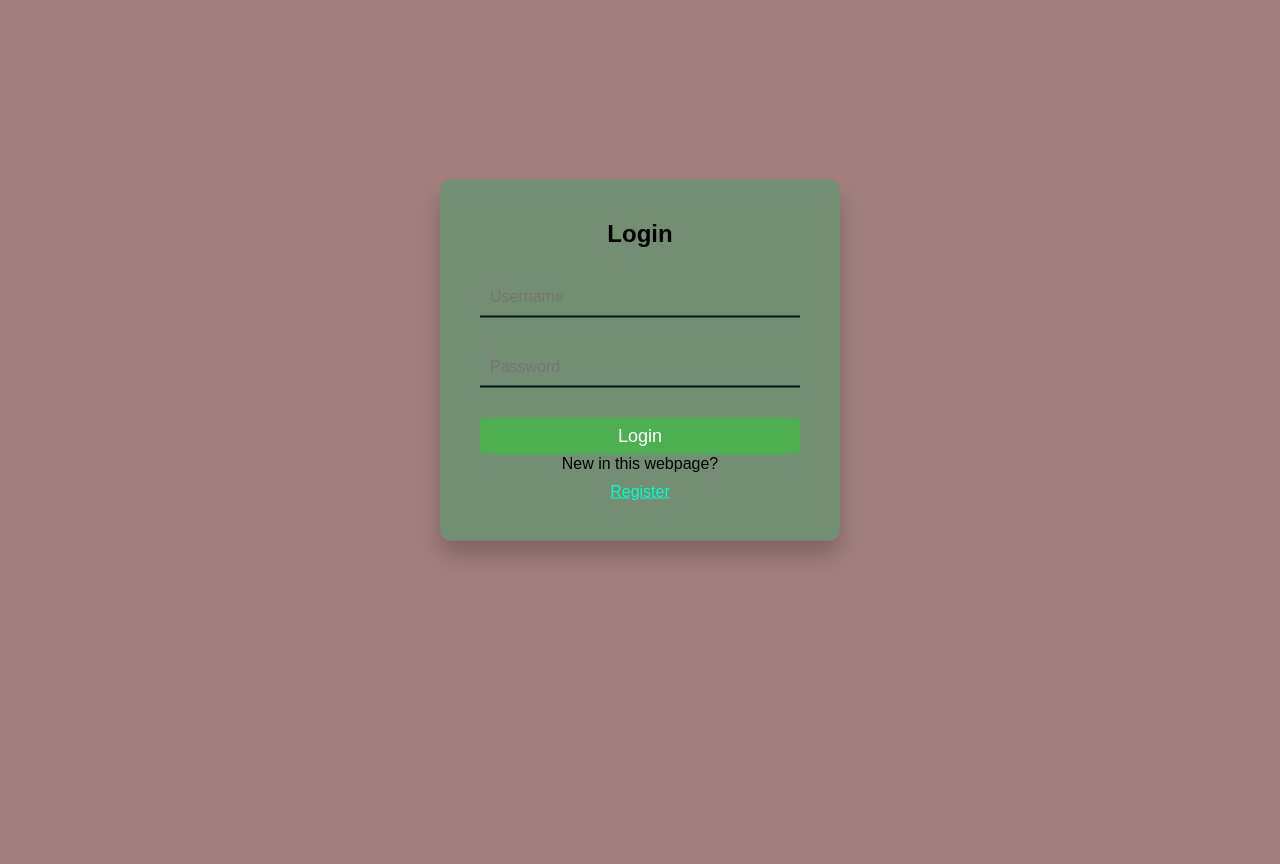
Repository: SRBshakib/Safe-Food---DBMS-project
Page: Organaization/login.html
An editor plug-in stored every save of this project. The page is shown before and after the next save, followed by the edit.
The browser window is 1280 px wide. The pictures show the whole page.

Above is the page before, as saved 2024-11-10 22:08:00.

### Organaization/login.html
<!DOCTYPE html>
<html lang="en">
<head>
    <meta charset="UTF-8">
    <meta name="viewport" content="width=device-width, initial-scale=1.0">
    <title>Welcome to our organization</title>
    <link rel="stylesheet" href="style_login.css"> <!-- Link to the CSS file -->
</head>
<body>
    <div class="login-box">
        <h2>Login</h2>
        <form>
            <div class="textbox">
                <input type="text" placeholder="Username" required>
            </div>
            <div class="textbox">
                <input type="password" placeholder="Password" required>
            </div>
            <button type="submit" class="btn">Login</button>
            <p>New in this webpage?</p>
            <p class="register">Register</p>
        </form>
    </div>
</body>
</html>

### Organaization/style_login.css

*{

    margin: 0;
    padding: 0;
    box-sizing: border-box;
    font-family: Arial, sans-serif;
}

body {
    display: flex;
    justify-content: center;
    align-items: center;
    height: 120vh;
    background-color: #46000080;
    color: rgb(0, 0, 0);
}

.login-box {
    position: absolute;
    top: 50%;
    left: 50%;
    width: 400px;
    padding: 40px;
    transform: translate(-50%, -50%);
    background: rgba(0, 180, 90, 0.281);
    box-shadow: 0 15px 25px rgba(0, 0, 0, 0.219);
    border-radius: 10px;
    text-align: center;
}

.login-box h2 {
    margin-bottom: 30px;
}

.textbox {
    position: relative;
    margin-bottom: 30px;
    border-bottom: 2px solid #001920;
}

.textbox input {
    width: 100%;
    padding: 10px;
    font-size: 16px;
    background: none;
    border: none;
    outline: none;
    color: #ffffff;
}

.btn {
    display: inline-block;
    width: 100%;
    padding: 8px;
    background: #4caf50;
    border: none;
    outline: none;
    color: #fff;
    font-size: 18px;
    cursor: pointer;
    border-radius: 5px;
    transition: background 0.3s, box-shadow 0.3s;
}

.btn:hover {
    background: #00eeff;
    box-shadow: 0 0 10px #00b7ff, 0 0 20px #008cff, 0 0 30px #00ffcc;
}

.register {
    color: #00ffcc;
    cursor: pointer;
    margin-top: 10px;
    text-decoration: underline;
}

After the next save:
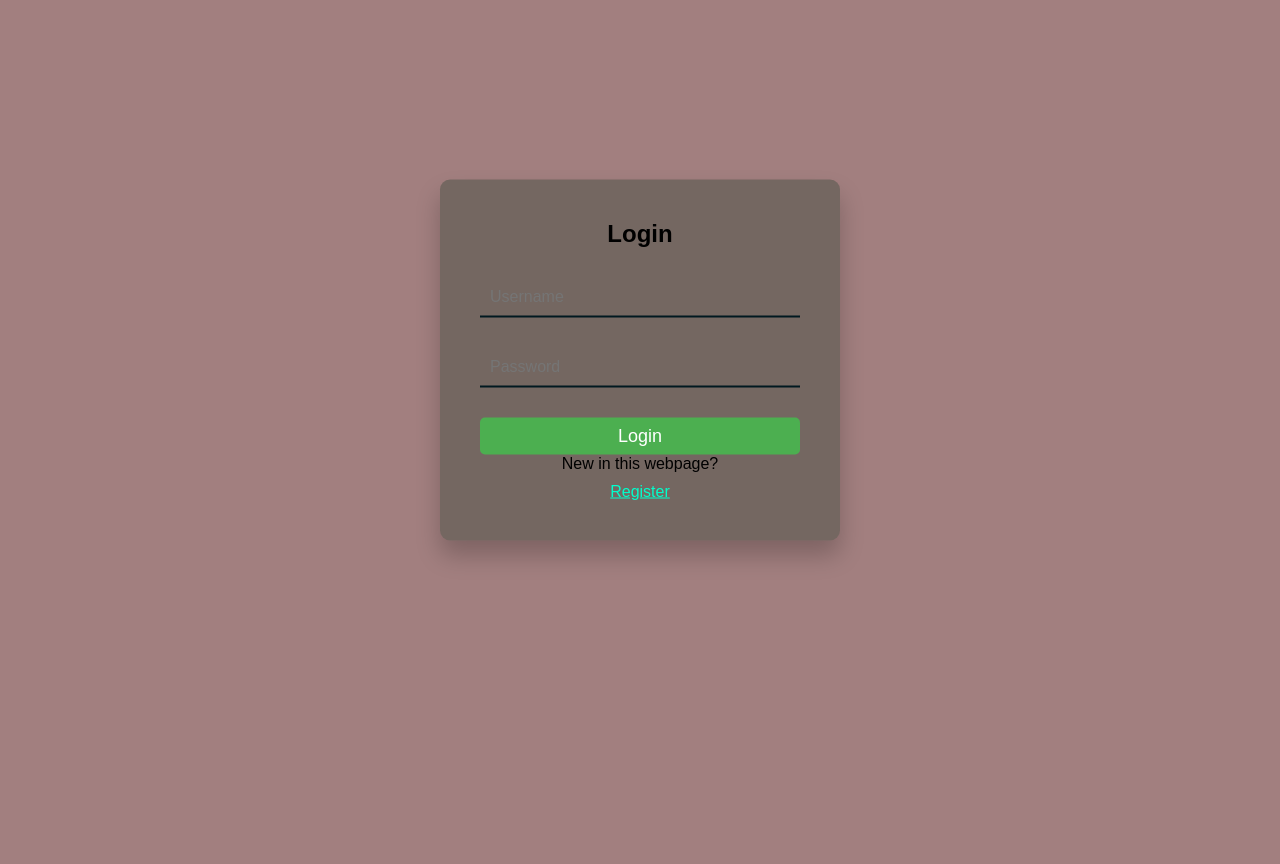
Saved 7 s later.
--- a/Organaization/style_login.css
+++ b/Organaization/style_login.css
@@ -23,7 +23,7 @@ body {
     width: 400px;
     padding: 40px;
     transform: translate(-50%, -50%);
-    background: rgba(0, 180, 90, 0.281);
+    background: rgba(0, 44, 22, 0.281);
     box-shadow: 0 15px 25px rgba(0, 0, 0, 0.219);
     border-radius: 10px;
     text-align: center;
